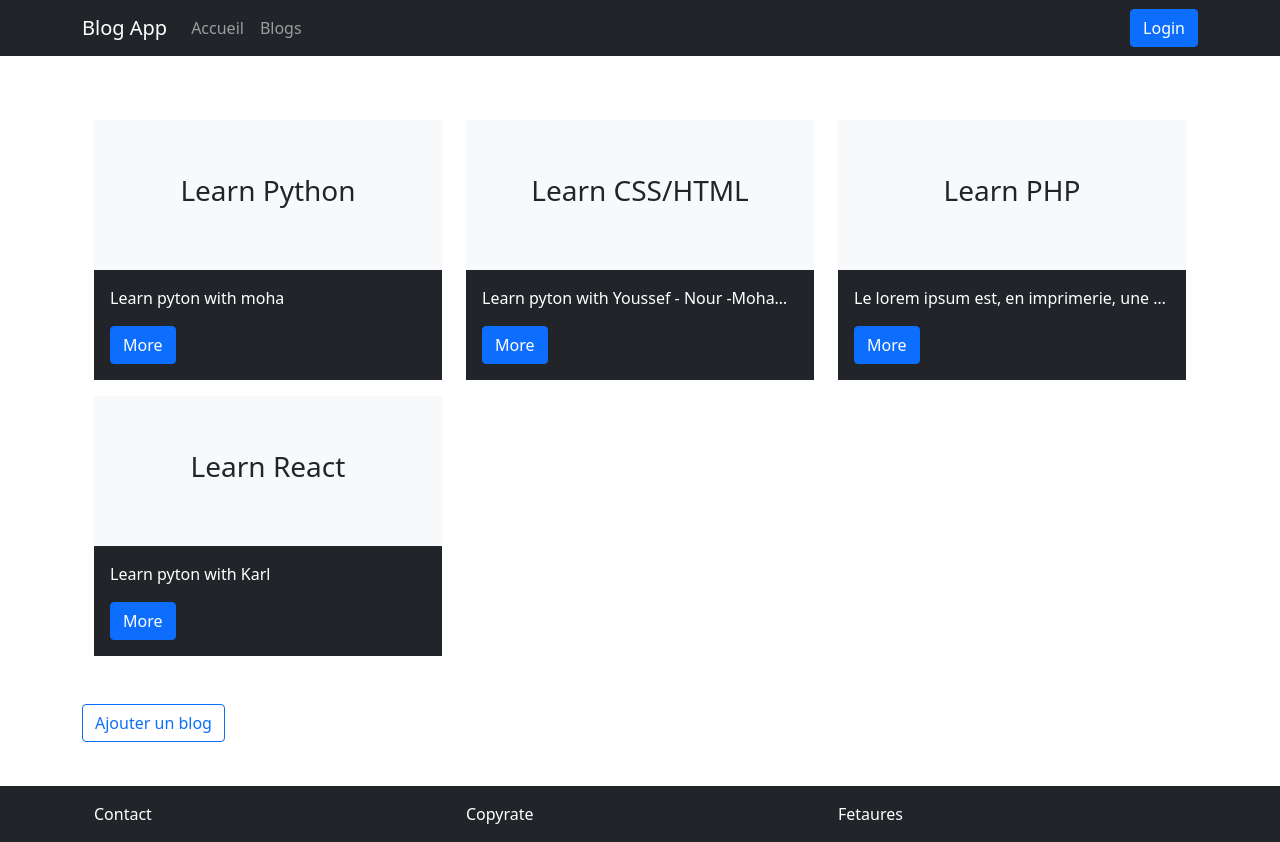
Repository: FS-23/laravel-blog-app
Page: http://localhost/blog/list
An editor plug-in stored every save of this project. The page is shown before and after the next save, followed by the edit.
The browser window is 1280 px wide. The pictures show the whole page.
The page is served by the project's Laravel application, run on PHP 8.4 with Laravel 9. Other server files are loaded and not shown. Queries for data that is not in the repository find no rows.

Above is the page before, as saved 2022-06-06 16:14:02.

### BlogApp/routes/web.php
<?php

use Illuminate\Support\Facades\Route;
use App\Http\Controllers\BlogController;
use App\Http\Controllers\ProductController;


Route::get('/', function () {
    return view('welcome');
});

Route::get('/home', function(){
    $user = ["name" =>  "Nour" , "level" =>  "A"];
    return view('home', $user);
});

Route::get('/blog' , function(){
    return view('blog.home');
});

Route::get('/blog/list' , [BlogController::class , 'index'] );

Route::get('/blog/create' , [BlogController::class  , 'create']);

Route::get('/blog/detail' , [BlogController::class , 'show']);
Route::post('/blog/store' , [BlogController::class , 'store']);


// Route::view('/product' , 'product.list');

Route::get('/product' , [ProductController::class , 'index']);


// Route::any('/anyPath', function(){
//    return "Hello world";
// });

### BlogApp/app/Http/Controllers/BlogController.php
<?php

namespace App\Http\Controllers;

use Illuminate\Http\Request;
use App\Models\Blog;

class BlogController extends Controller
{
    function index(){
        $blog1 = new Blog2("Learn Python" ,  "Learn pyton with moha");
        $blog2 = new Blog2("Learn CSS/HTML" ,  "Learn pyton with Youssef - Nour -Mohamed");
        $blog3 = new Blog2("Learn PHP" ,  "Le lorem ipsum est, en imprimerie, une suite de mots sans signification utilisée à titre provisoire pour calibrer une mise en page, le texte définitif venant remplacer le faux-texte dès qu'il est prêt ou que la mise en page est achevée. Généralement, on utilise un texte en faux latin, le Lorem ipsum ou Lipsum.");
        $blog4 = new Blog2("Learn React" ,  "Learn pyton with Karl");
        $blogs = [$blog1 , $blog2 , $blog3 , $blog4];

        return view('blog.list' , ["blogs" =>  $blogs]);
    }

    function store(){
        //......
         $formData = ["title" => "Learn java 123" , "content" => "Learn java with AKHENATON" , "categorie" => "JAVA"];

         $result =  Blog::create( $formData);

         return $result;
    }

    function show(){
        $blog = ["title" => "Learn PWA" , "content" => "Learn PWA with Youssef"];
        return view('blog.detail', $blog);
    }


    function create(){
        return view('blog.create');
    }
}


class Blog2{
    public $title;
    public $content;

    function __construct($title , $content){
        $this -> title = $title;
        $this -> content = $content;
    }
}

### BlogApp/resources/views/blog/list.blade.php

 @extends('layout.layout')

@section('content')
    {{-- <div class="alert alert-info">List des blogs</div>

    <div>
        @foreach($blogs as $blog)
        <div>
            <h3>{{ $blog -> title}}</h3>
            <p> {{ $blog -> content }}</p>
        </div>
        @endforeach
    </div> --}}
    <div class="mt-5 container">
            <div class="row mx-0">
                @foreach($blogs as $blog)
                    <div style="" class="mt-3 col-12 col-sm-6 col-lg-4">
                        <div class="h-100">
                            <div class="bg-light p-3 d-flex justify-content-center align-items-center" style="height: 150px">
                                <h3>{{ $blog -> title }}</h3>
                            </div>
                            <div class="bg-dark text-white p-3 ">
                                <p style="white-space: nowrap; overflow: hidden;text-overflow: ellipsis" class="">{{ $blog -> content }}</p>
                                <a href="/blog/detail" class="btn btn-primary">More</a>
                            </div>
                        </div>
                    </div>
                @endforeach

            </div>




            <a href="/blog/create" class="btn btn-outline-primary mt-5">Ajouter un blog</a>
    </div>




@endsection

### BlogApp/resources/views/layout/layout.blade.php
<!DOCTYPE html>
<html lang="en">
<head>
    <meta charset="UTF-8">
    <meta name="viewport" content="width=device-width, initial-scale=1.0">
    <meta http-equiv="X-UA-Compatible" content="ie=edge">
    <title>Blog App</title>
    <link rel="stylesheet" href="https://cdn.jsdelivr.net/npm/bootstrap@5.1.3/dist/css/bootstrap.min.css">
    <style>
        html , body {
            min-height: 100vh;
            position: relative;
            width: 100%
        }
        .footer {
            position: absolute;
            bottom: 0;
            width: 100%
        }
    </style>
</head>
<body>
    <nav class="navbar navbar-dark navbar-expand-lg bg-dark">
        <div class="container">
            <div class="navbar-brand">Blog App</div>
            <button class="navbar-toggler" data-bs-toggle="collapse" href="#navbar-container">
                <span class="navbar-toggler-icon"></span>
            </button>
            <div class="collapse navbar-collapse show" id="navbar-container">
                <ul class="navbar-nav">
                    <li class="nav-item">
                        <a href="/" class="nav-link">Accueil</a>
                    </li>
                    <li class="nav-item">
                        <a href="/blog/list" class="nav-link">Blogs</a>
                    </li>
                </ul>
            </div>

            <div>
                <button class="btn btn-primary">
                     Login
                </button>
            </div>

        </div>
    </nav>

    <div class="" style="padding-bottom: 100px">
        <section>
            @yield("content")
        </section>
    </div>

     <footer class="bg-dark text-white p-3 footer">
         <div class="container">
             <div class="row mx-0">
                    <div class="col-4">
                        <div> Contact</div>
                    </div>
                    <div class="col-4">
                        <div>Copyrate</div>
                    </div>
                    <div class="col-4">
                        <div>Fetaures</div>
                    </div>
             </div>
         </div>
     </footer>

    <script src="https://cdn.jsdelivr.net/npm/bootstrap@5.1.3/dist/js/bootstrap.min.js"></script>
</body>
</html>

### BlogApp/app/Models/Blog.php
<?php

namespace App\Models;

use Illuminate\Database\Eloquent\Factories\HasFactory;
use Illuminate\Database\Eloquent\Model;

class Blog extends Model
{
    use HasFactory;

    protected $fillable = ['title' , "content" , "categorie"];
}

Loaded but not shown: BlogApp/app/Http/Controllers/Controller.php (common file)

After the next save:
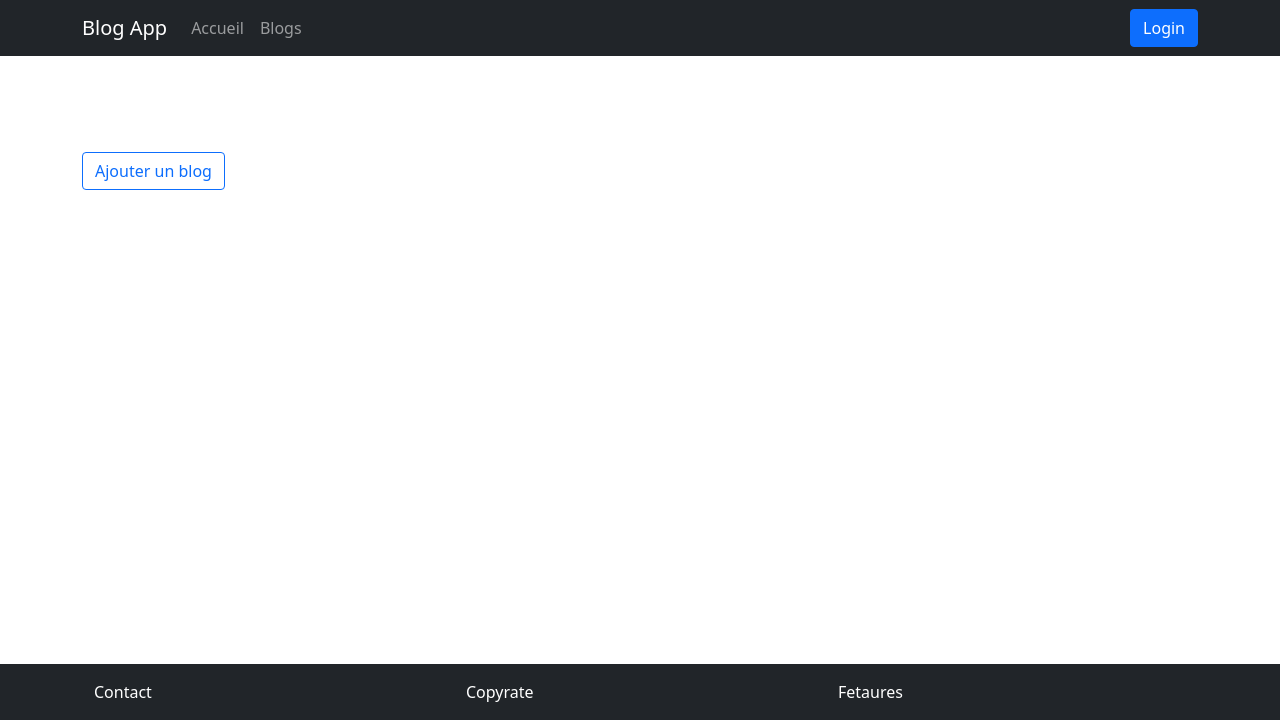
Saved 7 min 32 s later.
--- a/BlogApp/app/Http/Controllers/BlogController.php
+++ b/BlogApp/app/Http/Controllers/BlogController.php
@@ -5,16 +5,23 @@ namespace App\Http\Controllers;
 use Illuminate\Http\Request;
 use App\Models\Blog;
 
+// Blog::create(...)
+// Blog::find(1)
+//Blog::delete(2)
+// Blog::all()
+
+
 class BlogController extends Controller
 {
     function index(){
-        $blog1 = new Blog2("Learn Python" ,  "Learn pyton with moha");
-        $blog2 = new Blog2("Learn CSS/HTML" ,  "Learn pyton with Youssef - Nour -Mohamed");
-        $blog3 = new Blog2("Learn PHP" ,  "Le lorem ipsum est, en imprimerie, une suite de mots sans signification utilisée à titre provisoire pour calibrer une mise en page, le texte définitif venant remplacer le faux-texte dès qu'il est prêt ou que la mise en page est achevée. Généralement, on utilise un texte en faux latin, le Lorem ipsum ou Lipsum.");
-        $blog4 = new Blog2("Learn React" ,  "Learn pyton with Karl");
-        $blogs = [$blog1 , $blog2 , $blog3 , $blog4];
+        // $blog1 = new Blog2("Learn Python" ,  "Learn pyton with moha");
+        // $blog2 = new Blog2("Learn CSS/HTML" ,  "Learn pyton with Youssef - Nour -Mohamed");
+        // $blog3 = new Blog2("Learn PHP" ,  "Le lorem ipsum est, en imprimerie, une suite de mots sans signification utilisée à titre provisoire pour calibrer une mise en page, le texte définitif venant remplacer le faux-texte dès qu'il est prêt ou que la mise en page est achevée. Généralement, on utilise un texte en faux latin, le Lorem ipsum ou Lipsum.");
+        // $blog4 = new Blog2("Learn React" ,  "Learn pyton with Karl");
+        // $blogs = [$blog1 , $blog2 , $blog3 , $blog4];
 
-        return view('blog.list' , ["blogs" =>  $blogs]);
+        $allBlogs = Blog::all()    ; // select * from blogs
+        return view('blog.list' , ["blogs" =>  $allBlogs]);
     }
 
     function store(){
@@ -22,6 +29,7 @@ class BlogController extends Controller
          $formData = ["title" => "Learn java 123" , "content" => "Learn java with AKHENATON" , "categorie" => "JAVA"];
 
          $result =  Blog::create( $formData);
+         // ibnse
 
          return $result;
     }
